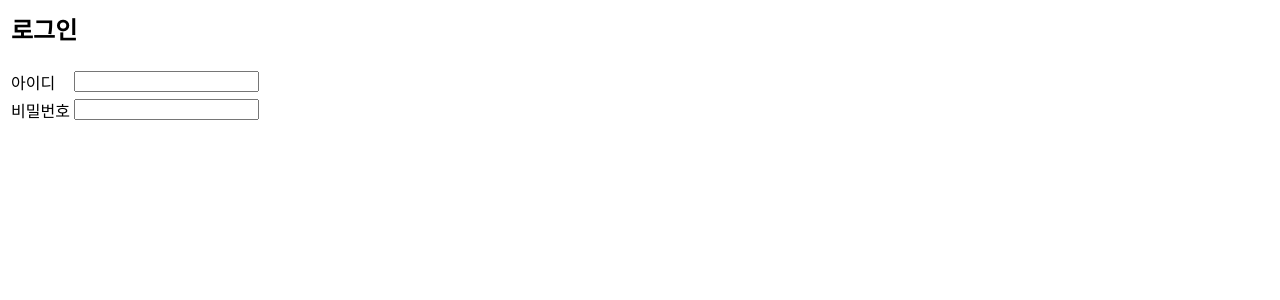
Repository: 99comcom/jsp-
Page: http://localhost/shop/user/login.jsp
An editor plug-in stored every save of this project. The page is shown before and after the next save, followed by the edit.
The browser window is 1280 px wide. The pictures show the whole page.
The page is served by Tomcat 9. Nobody is signed in. The application's start-up code is not run.

Above is the page before, as saved 2022-08-22 00:11:40.

After the next save:
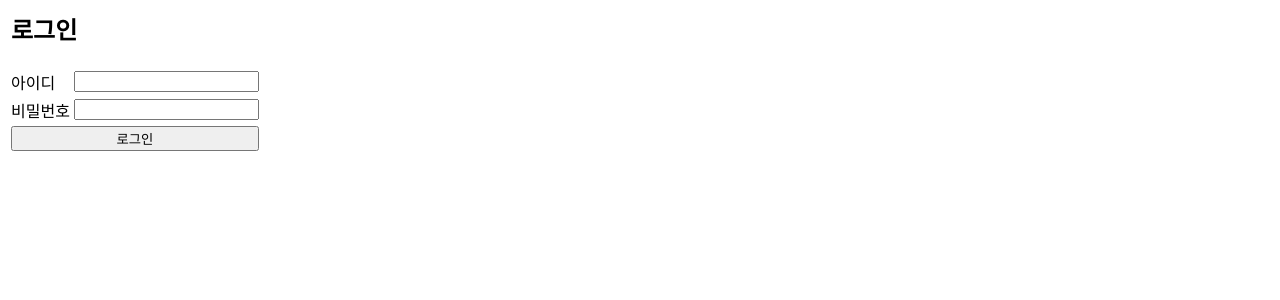
Saved 60 s later.
--- a/shop/src/main/webapp/user/login.jsp
+++ b/shop/src/main/webapp/user/login.jsp
@@ -14,9 +14,11 @@
 
 		<tr>
 			<td>비밀번호</td>
-			<td><input type="text" name="uid"></td>
+			<td><input type="password" name="pass"></td>
 		</tr>
-
+		<tr>
+			<td colspan="2"><button style="width: 100%"> 로그인</button></td>
+		</tr>
 
 	</table>
 
